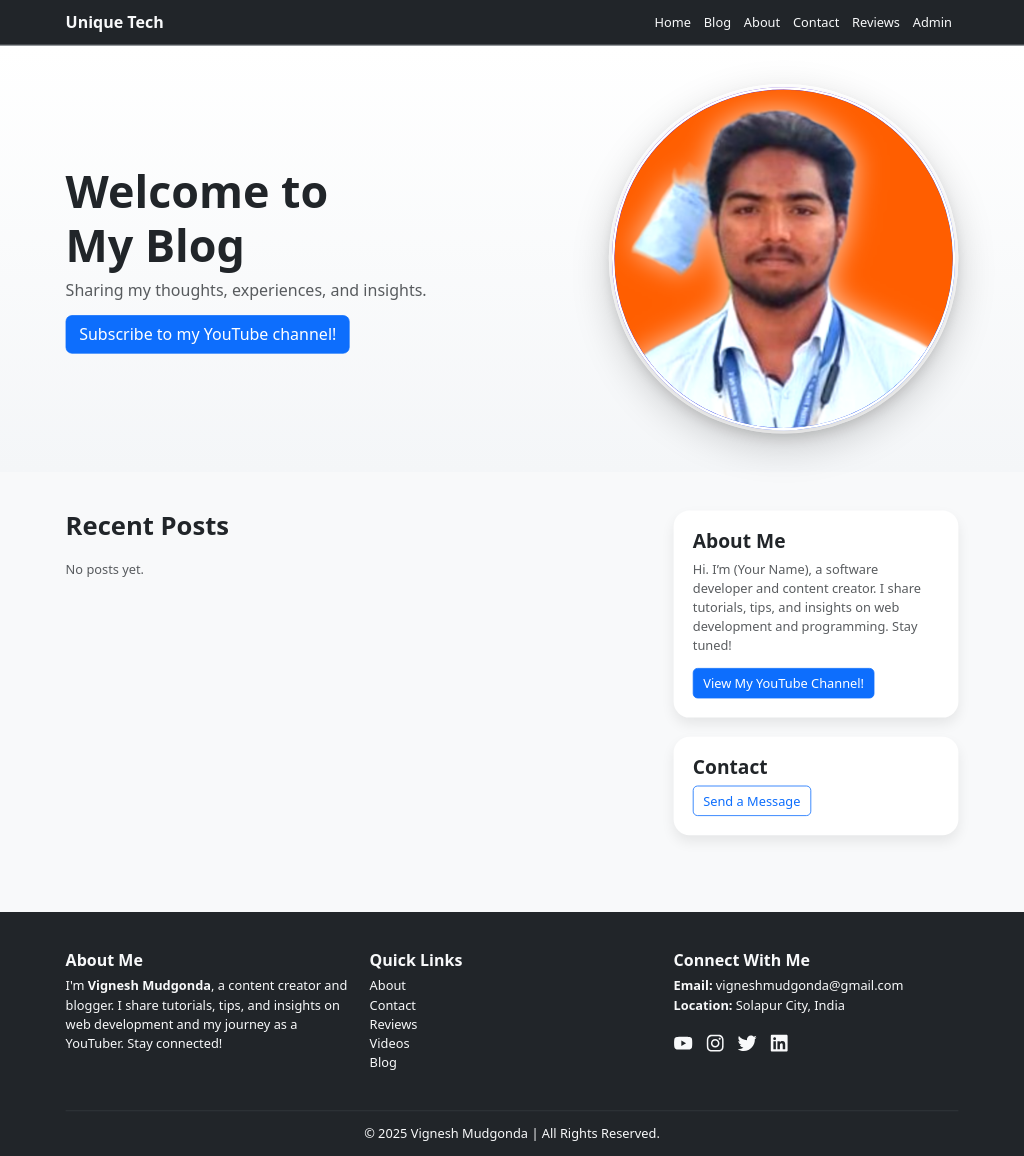
Repository: vigneshmudgonda/Blog2
Page: / (app in blog-frontend-full/)
These files come from the project's save history. The page is drawn as it stood at one moment and after the next save; the edit follows.
The browser window is 1280 px wide. The pictures show the whole page, at 80% of full size.
The page's requests for data from a server got no answer. The project was rebuilt for these pictures with package versions that can differ from the ones it lists, and the page was loaded fresh each time. No one was signed in, and anything a server would have sent is missing. Also part of the build but not shown: blog-frontend-full/src/pages/BlogList.js, blog-frontend-full/src/pages/BlogDetail.js, blog-frontend-full/src/pages/Reviews.js, blog-frontend-full/src/pages/Contact.js, blog-frontend-full/src/pages/About.js, blog-frontend-full/src/pages/AdminLogin.js, blog-frontend-full/src/pages/AdminDashboard.js, blog-frontend-full/src/pages/YoutubeVideos.js and 2 more.

Above is the page before, as saved 2025-08-22 19:50:46.

After the next save:
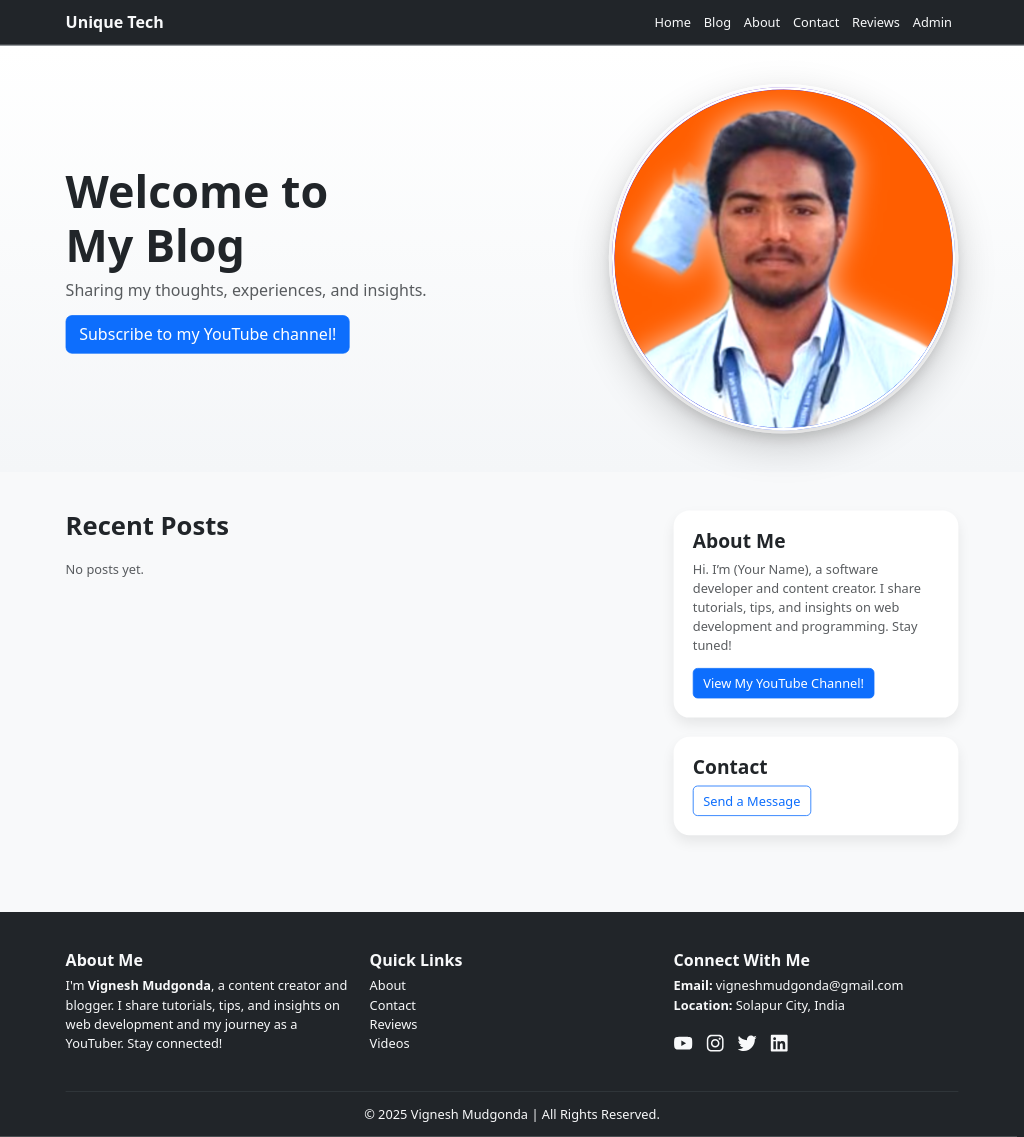
Saved 7 s later.
--- a/blog-frontend-full/src/components/Footer.js
+++ b/blog-frontend-full/src/components/Footer.js
@@ -33,7 +33,7 @@ export default function Footer() {
               <li><Link to="/contact" className="text-light text-decoration-none">Contact</Link></li>
               <li><Link to="/reviews" className="text-light text-decoration-none">Reviews</Link></li>
                <li><Link to="/youtube" className="text-light text-decoration-none">Videos</Link></li>
-               <li><Link to="/blog" className="text-light text-decoration-none">Blog</Link></li>
+
             </ul>
           </div>
 
